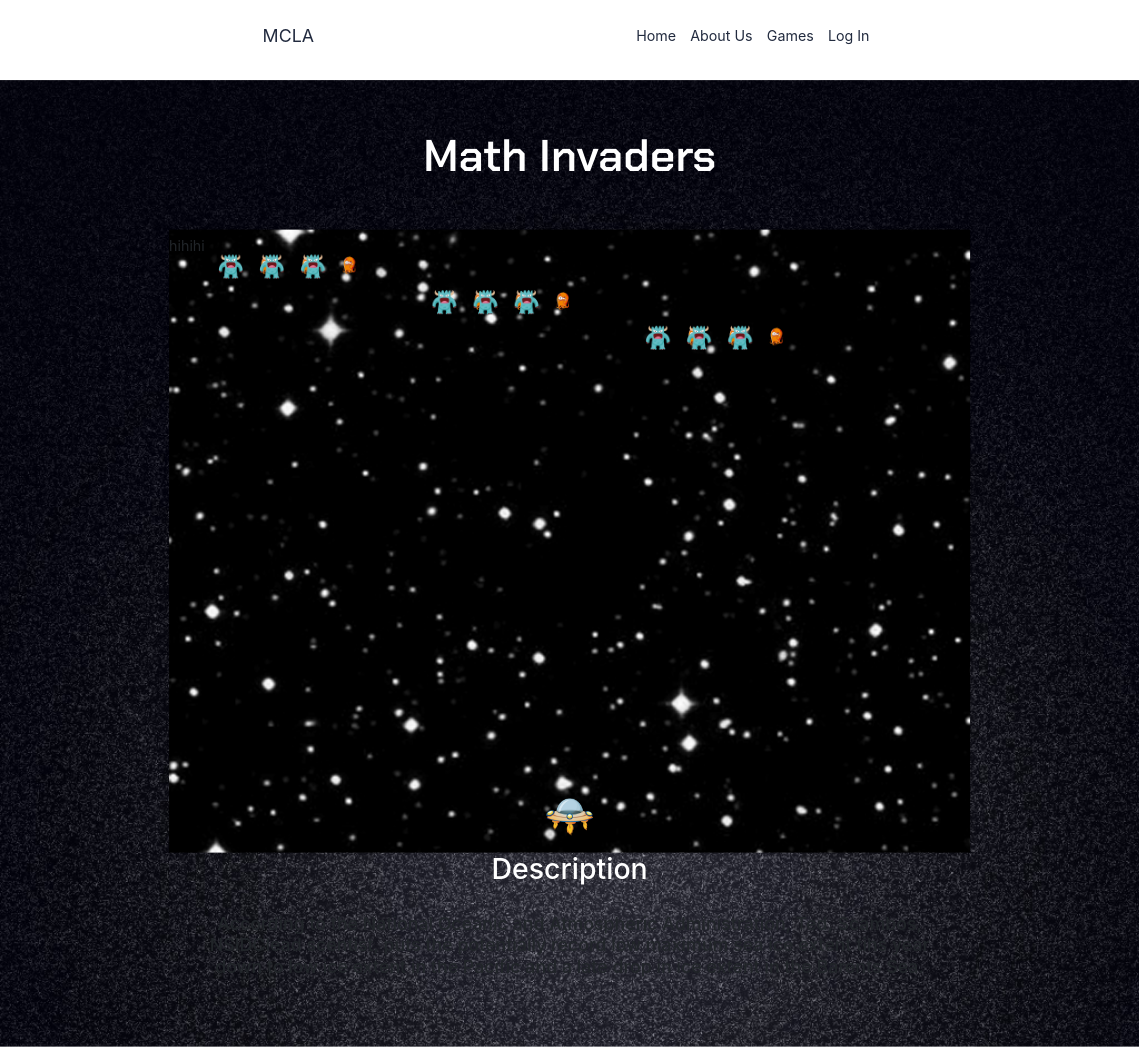
Repository: kkyler24/MathInvader
Page: index.html
These files come from the project's save history. The page is drawn as it stood at one moment and after the next save; the edit follows.
The browser window is 1280 px wide. The pictures show the whole page, at 89% of full size.
Some web libraries are served in a nearby version.

Above is the page before, as saved 2020-07-20 15:34:40.

### index.html
<!DOCTYPE html>
<html lang="en">
  <head>
    <!-- Required meta tags -->
    <meta charset="utf-8" />
    <meta
      name="viewport"
      content="width=device-width, initial-scale=1, shrink-to-fit=no"
    />

    <!-- Bootstrap CSS -->
    <link
      rel="stylesheet"
      href="https://maxcdn.bootstrapcdn.com/bootstrap/4.0.0/css/bootstrap.min.css"
      integrity="sha384-Gn5384xqQ1aoWXA+058RXPxPg6fy4IWvTNh0E263XmFcJlSAwiGgFAW/dAiS6JXm"
      crossorigin="anonymous"
    />

    <link
      href="https://fonts.googleapis.com/css2?family=Chakra+Petch:wght@600&display=swap"
      rel="stylesheet"
    />
    <link href="./jsFolder/index.css" rel="stylesheet" />

    <title>Math Invaders</title>
  </head>
  <!-- Navbar -->
  <body class="burger-menu">
    <div id="mainBody">
      <nav
        id="marginb"
        class="navbar navbar-expand-lg fixed-top navbar-transparent"
      >
        <div class="container">
          <a class="navbar-brand" href="#">MCLA</a>
          <div class="separator separator-primary"></div>
          <button
            class="navbar-toggler"
            type="button"
            data-toggle="collapse"
            data-target="#navbarNav"
            aria-controls="navbarNav"
            aria-expanded="false"
            aria-label="Toggle navigation"
          >
            <span class="navbar-toggler-icon"></span>
          </button>
          <div class="collapse navbar-collapse" id="navbarNav">
            <ul class="navbar-nav">
              <li class="nav-item active">
                <a class="nav-link" href="#"
                  >Home <span class="sr-only">(current)</span></a
                >
              </li>
              <li class="nav-item">
                <a class="nav-link" href="#">About Us</a>
              </li>
              <li class="nav-item">
                <a class="nav-link" href="#">Games</a>
              </li>
              <li class="nav-item">
                <a class="nav-link" href="#">Log In</a>
              </li>
            </ul>
          </div>
        </div>
      </nav>
      <div id="wrapper">


      </div>
      <div id="backgroundSection" class="section section-about-us">
        <div class="content-center">
            <div class="containerM">
              <h1 id="titleG" class="title">Math Invaders</h1>
            </div>
          </div>
        <div class="containerM">
          <div class="section-story-overview">

            <div class="separator separator-primary"></div>
            <div class="game-wrapper">
<div id="Game" class="Game"> hihihi</div>
<div class="congratulations">
    <h1>Congratulations!</h1>
    <h2>You won the game</h2>
    <button class="btn" onclick="window.location.reload()">Restart</button>
              </div>
              <div class="game-over">
                <h1>GAME OVER</h1>
                <h2>You lost the game</h2>
                <button class="btn" onclick="window.location.reload()">Restart</button>
          </div>
                    </div>
                    <div class="separator separator-primary"></div>
                    <div class="row">
                        <div class="col-md-8 ml-auto mr-auto text-center">
                            <h2 class="title gameT">Description</h2>
                            <h5 class="description">According to the National Oceanic and Atmospheric Administration, Ted, Scambos, NSIDClead scentist, puts the potentially record low maximum sea ice extent tihs year down to low ice extent in the Pacific and a late drop in ice extent in the Barents Sea.</h5>
                        </div>
                    </div>
                </div>
            </div>
        </div>
    </div>
    </div>
</div>
    <!-- Optional JavaScript -->
    <!-- jQuery first, then Popper.js, then Bootstrap JS -->
    <script
      src="https://code.jquery.com/jquery-3.2.1.slim.min.js"
      integrity="sha384-KJ3o2DKtIkvYIK3UENzmM7KCkRr/rE9/Qpg6aAZGJwFDMVNA/GpGFF93hXpG5KkN"
      crossorigin="anonymous"
    ></script>
    <script
      src="https://cdnjs.cloudflare.com/ajax/libs/popper.js/1.12.9/umd/popper.min.js"
      integrity="sha384-ApNbgh9B+Y1QKtv3Rn7W3mgPxhU9K/ScQsAP7hUibX39j7fakFPskvXusvfa0b4Q"
      crossorigin="anonymous"
    ></script>
    <script
      src="https://maxcdn.bootstrapcdn.com/bootstrap/4.0.0/js/bootstrap.min.js"
      integrity="sha384-JZR6Spejh4U02d8jOt6vLEHfe/JQGiRRSQQxSfFWpi1MquVdAyjUar5+76PVCmYl"
      crossorigin="anonymous"
    ></script>


    <script src="./jsFolder/Aliens.js"></script>
    <script src="./jsFolder/tokens.js"></script>
    <script src="./jsFolder/game.js"></script>
  </body>
</html>

### jsFolder/index.css
html,
body {
  height: 100%;
  margin: 0;
  font-size: 16px;
  columns: #222b3f;
}
/*  navbar*/

.navbar.navbar-transparent {
  background-color: transparent !important;
  box-shadow: none;
  color: #fff;
  padding-top: 20px !important;
}

.fixed-top {
  position: fixed;
  top: 0;
  right: 0;
  left: 0;
  z-index: 1030;
}
#navbarNav {
  justify-content: flex-end;
}

#marginb {
  margin-bottom: 20px !important;
}
.navbar {
  position: relative;
  display: flex;
  flex-wrap: wrap;
  align-items: center;
  justify-content: space-between;
  padding: 0.5rem 1rem;
  padding-top: 0.625rem;
  padding-bottom: 0.625rem;
  min-height: 53px;
}

a {
  color: #222b3f;
  text-decoration: none;
  background-color: transparent;
}

.containerM {
  width: 100%;
  padding-right: 15px;
  padding-left: 15px;
  margin-right: auto;
  margin-left: auto;
}

.button-dropdown {
  padding-right: 0.7rem;
  cursor: pointer;
}

.navbar.navbar-transparent {
  background-color: transparent !important;
  color: #fff;
}

.dropdown {
  position: relative;
}

.navbar > .container {
  display: flex;
  flex-wrap: wrap;
  align-items: center;
  justify-content: space-between;
}

.gameT {
  color: #fff;
}
#titleG {
  font-family: "Chakra Petch", sans-serif;
  font-size: 50px;
  font-weight: 700;
  padding-top: 30px;
}
/*  container */

.page-header.page-header-small {
  min-height: 60vh;
  max-height: 440px;
}

.page-header {
  padding: 0;
  color: #fff;
  position: relative;
  overflow: hidden;
}

.page-header .page-header-image {
  position: absolute;
  background-size: cover;
  background-position: 50%;
  width: 100%;
  height: 100%;
  z-index: -1;
}

.navbar-toggler:not(:disabled):not(.disabled) {
  cursor: pointer;
}

.content-center {
  position: relative;
  top: 50%;
  left: 50%;
  z-index: 2;
  transform: translate(-50%, -50%);
  text-align: center;
  color: #fff;
  padding: 0 15px;
  width: 100%;
  max-width: 880px;
}

.text-center {
  text-align: center !important;
}

.page-header .container {
  height: 100%;
  z-index: 1;
  text-align: center;
  position: relative;
}

.section {
  padding: 70px 0;
  position: relative;
  background: #fff;
}

.row {
  display: flex;
  flex-wrap: wrap;
  margin-right: -15px;
  margin-left: -15px;
}

.ml-auto,
.mx-auto {
  margin-left: auto !important;
}
.mr-auto,
.mx-auto {
  margin-right: auto !important;
}

.col-md-8 {
  position: relative;
  width: 100%;
  padding-right: 15px;
  padding-left: 15px;
}
h2 {
  margin-bottom: 30px;
  line-height: 1.2;
}

#backgroundSection {
  background-image: url("./pictures/MathApics/spaceship/blackmatte.jpg");
  background-repeat: no-repeat;
  background-size: cover;
  width: 100%;
  height: auto;
}

/* Game */

#Game {
  width: 900px;
  height: 700px;
  background: url("/jsFolder/pictures/MathApics/spaceship/blackskybackground.jpg");
  animation: scroll-background 5s linear infinite;
  box-shadow: 0 2px 10px rgba(0, 0, 0, 0.2);
  position: relative;
}

.wrap {
  display: flex;
  flex-direction: column;
  height: 100%;
}

.game-wrapper {
  flex: 1;
  display: flex;
  justify-content: center;
  align-items: center;
  /* background: #2; */
}

.game .enemy {
  position: absolute;
  margin-left: -20px;
  margin-top: -18px;
  width: 40px;
  height: 40px;
}

.game .token {
  position: absolute;
  margin-left: -20px;
  margin-top: -18px;
  width: 40px;
}

.player {
  position: absolute;
  margin-left: -20px;
  width: 60px;
  height: 60px;
  z-index: 3;
}

.game {
  position: absolute;
  margin-left: -20px;
  width: 40px;
  height: 40px;
}

.game .laser {
  position: absolute;
  margin-left: -2.5px;
  height: 30px;
}

.game .enemy-laser {
  position: absolute;
  margin-left: -2.5px;
  height: 30px;
}

.congratulations {
  display: none;
  position: absolute;
  background: #c7a526;
  color: white;
  padding: 20px 50px;
  box-shadow: 0 2px 10px rgba(0, 0, 0, 0.2);
  border-radius: 10px;
  text-align: center;
  animation: pop-in 1s;
}

.game-over {
  display: none;
  position: absolute;
  background: #6b1818;
  color: white;
  padding: 20px 50px;
  box-shadow: 0 2px 10px rgba(0, 0, 0, 0.2);
  border-radius: 10px;
  text-align: center;
  animation: pop-in 1s;
}

@keyframes scroll-background {
  from {
    background-position-y: 0px;
  }
  to {
    background-position-y: 300px;
  }
}

@keyframes pop-in {
  0% {
    opacity: 0;
    transform: translate(0, -100px);
  }
  10% {
    opacity: 1;
  }
  50% {
    transform: translate(0, 30px);
  }
  100% {
    transform: translate(0, 0);
  }
}

/* media Queries */

@media (min-width: 768px) {
  .col-md-8 {
    flex: 0 0 66.666667%;
    max-width: 66.666667%;
  }
}
@media (min-width: 768px) {
  .container {
    max-width: 720px;
  }
}

@media (min-width: 992px) {
  .navbar-expand-lg .navbar-toggler {
    display: none;
  }
}

@media (max-width: 991.98px) {
  .navbar-expand-lg > .container {
    padding-right: 0;
    padding-left: 0;
  }
}

@media (min-width: 768px) {
  .container {
    max-width: 720px;
  }
}

@media screen and (max-width: 991px) {
  .button-dropdown {
    display: none;
  }
}

@media (min-width: 992px) {
  .navbar-expand-lg .navbar-toggler {
    display: none;
  }
}

@media screen and (max-width: 991px) {
  .sidebar-collapse .wrapper {
    transition: all 0.5s cubic-bezier(0.685, 0.0473, 0.346, 1);
  }
}

### jsFolder/game.js
const GAME_WIDTH = 800;
const GAME_HEIGHT = 700;

const KEY_CODE_LEFT = 37;
const KEY_CODE_RIGHT = 39;
const KEY_CODE_SPACE = 32;
const POINT_VALUE = 0;
// needed to calculate clamp so player an enemies so no move off screen.
const PLAYER_WIDTH = 5;
// ship movement speed
const PLAYER_MAX_SPEED = 500.0;
const LASER_MAX_SPEED = 300.0;
const LASER_COOLDOWN = 0.5;

const TOKENS_PER_ROW = 10;
const ENEMIES_PER_ROW = 3;
const ENEMY_HORIZONTAL_PADDING = 10;
const ENEMY_VERTICAL_PADDING = 20;
const ENEMY_VERTICAL_SPACING = 40;
const ENEMY_COOLDOWN = 5.0;
// contains entire state of game which included position of player, lasers and enemies on screen.
const tokensArray = [
  {
    url: "/jsFolder/pictures/MathApics/invaders_png/one.png",
    point: 1,
  },
  {
    url: "/jsFolder/pictures/MathApics/invaders_png/two.png",
    point: 2,
  },
  {
    url: "/jsFolder/pictures/MathApics/invaders_png/three.png",
    point: 3,
  },
  {
    url: "/jsFolder/pictures/MathApics/invaders_png/four.png",
    point: 4,
  },
  {
    url: "/jsFolder/pictures/MathApics/invaders_png/five.png",
    point: 5,
  },
  {
    url: "/jsFolder/pictures/MathApics/invaders_png/six.png",
    point: 6,
  },
  {
    url: "/jsFolder/pictures/MathApics/invaders_png/seven.png",
    point: 7,
  },
  {
    url: "/jsFolder/pictures/MathApics/invaders_png/eight.png",
    point: 8,
  },
  {
    url: "/jsFolder/pictures/MathApics/invaders_png/nine.png",
    point: 9,
  },
];

const GAME_STATE = {
  lastTime: Date.now(),
  // setting the keys pressed to false
  leftPressed: false,
  rightPressed: false,
  spacePressed: false,
  // players
  playerX: 0,
  playerY: 0,
  playerCooldown: 0,
  lasers: [],
  enemies: [],
  tokens: [],
  pointvalue: [],
  enemyLasers: [],
  gameOver: false,
};

function rectsIntersect(r1, r2) {
  return !(
    r2.left > r1.right ||
    r2.right < r1.left ||
    r2.top > r1.bottom ||
    r2.bottom < r1.top
  );
}

// positioning for our enemies
function setPosition($el, x, y) {
  $el.style.transform = `translate(${x}px, ${y}px)`;
}

// calculates restraints of objects on Canvas, so they do not move beyond canvas
function clamp(v, min, max) {
  // is input value smaller than minumum, yes? return min
  if (v < min) {
    return min;
    // is input value larger than maximum, yes? return max
  } else if (v > max) {
    return max;
    // else give average
  } else {
    return v;
  }
}

function rand(min, max) {
  if (min === undefined) min = 0;
  if (max === undefined) max = 1;
  return min + Math.random() * (max - min);
}

function createPlayer($container) {
  // position of player in middle of screen you can reference the global var of gamewidth like you did below, for future refrence. this will keep the palyer on the game board.
  GAME_STATE.playerX = GAME_WIDTH / 2;
  GAME_STATE.playerY = GAME_HEIGHT - 70;
  const $player = document.createElement("img");
  $player.src = "/jsFolder/pictures/MathApics/spaceship/spaceship3.png";
  $player.style = "height:90px, width: 90px";
  $player.className = "player";
  $container.appendChild($player);
  setPosition($player, GAME_STATE.playerX, GAME_STATE.playerY);
}

// you lose, when player is hit but laser.
function destroyPlayer($container, player) {
  $container.removeChild(player);
  GAME_STATE.gameOver = true;
  // const audio = new Audio("sound/sfx-lose.ogg");
  audio.play();
}

function updatePlayer(dt, $container) {
  if (GAME_STATE.leftPressed) {
    GAME_STATE.playerX -= dt * PLAYER_MAX_SPEED;
  }
  if (GAME_STATE.rightPressed) {
    GAME_STATE.playerX += dt * PLAYER_MAX_SPEED;
  }

  GAME_STATE.playerX = clamp(
    GAME_STATE.playerX,
    PLAYER_WIDTH,
    GAME_WIDTH - PLAYER_WIDTH
  );

  if (GAME_STATE.spacePressed && GAME_STATE.playerCooldown <= 0) {
    createLaser($container, GAME_STATE.playerX, GAME_STATE.playerY);
    GAME_STATE.playerCooldown = LASER_COOLDOWN;
  }
  if (GAME_STATE.playerCooldown > 0) {
    GAME_STATE.playerCooldown -= dt;
  }

  const player = document.querySelector(".player");
  setPosition(player, GAME_STATE.playerX, GAME_STATE.playerY);
}

// laser container
function createLaser($container, x, y) {
  const $element = document.createElement("img");
  $element.src = "/jsFolder/pictures/img/laser-blue-1.png";
  $element.className = "laser";
  $container.appendChild($element);
  const laser = { x, y, $element };
  GAME_STATE.lasers.push(laser);
  // const audio = new Audio("./pictures/sound/sfx-laser1.ogg");
  // audio.play();
  setPosition($element, x, y);
}

function updateLasers(dt, $container) {
  const lasers = GAME_STATE.lasers;
  for (let i = 0; i < lasers.length; i++) {
    const laser = lasers[i];
    laser.y -= dt * LASER_MAX_SPEED;
    if (laser.y < 0) {
      destroyLaser($container, laser);
    }
    setPosition(laser.$element, laser.x, laser.y);
    const r1 = laser.$element.getBoundingClientRect();
    const enemies = GAME_STATE.enemies;
    for (let j = 0; j < enemies.length; j++) {
      const enemy = enemies[j];
      if (enemy.isDead) continue;
      const r2 = enemy.$element.getBoundingClientRect();
      if (rectsIntersect(r1, r2)) {
        // Enemy was hit
        destroyEnemy($container, enemy);
        destroyLaser($container, laser);
        break;
      }
    }
  }
  GAME_STATE.lasers = GAME_STATE.lasers.filter((e) => !e.isDead);
}

function destroyLaser($container, laser) {
  $container.removeChild(laser.$element);
  laser.isDead = true;
}

// // CREATE ENEMY
function createEnemy($container, x, y) {
  const $element1 = document.createElement("img");
  const $element2 = document.createElement("img");
  $element1.src =
    "/jsFolder/pictures/MathApics/invaders_png/angerangryalien1.png";
  $element2.src = "/jsFolder/pictures/MathApics/invaders_png/orange.png";
  $element1.className = "enemy";
  $element2.className = "enemy";
  $container.appendChild($element1);
  $container.appendChild($element2);
  const enemy = {
    x,
    y,
    cooldown: rand(0.5, ENEMY_COOLDOWN),
    $element1,
    $element2,
  };
  GAME_STATE.enemies.push(enemy);
  setPosition($element1, x, y);
  setPosition($element2, x, y);
}

function updateEnemies(dt, $container) {
  const dx = Math.sin(GAME_STATE.lastTime / 1000.0) * 50;
  const dy = Math.cos(GAME_STATE.lastTime / 1000.0) * 10;

  const enemies = GAME_STATE.enemies;
  for (let i = 0; i < enemies.length; i++) {
    const enemy = enemies[i];
    const x = enemy.x + dx;
    const y = enemy.y + dy;
    setPosition(enemy.$element, x, y);
    enemy.cooldown -= dt;
    if (enemy.cooldown <= 0) {
      createEnemyLaser($container, x, y);
      enemy.cooldown = ENEMY_COOLDOWN;
    }
  }
  GAME_STATE.enemies = GAME_STATE.enemies.filter((e) => !e.isDead);
}

// tokens
// function createTokens($container, x, y) {
//   const $element = document.createElement("img");
//   const index = Math.random() * tokensArray.lenghth;
//   $element.src = tokensArray[index].url;
//   $element.className = "token";
//   $element.setAttribute("data-point", tokensArray[index].point);
//   $container.appendChild($element);
//   const tokens = { x, y, $element };
//   GAME_STATE.tokens.push(tokens);
//   // const audio = new Audio("./pictures/sound/sfx-laser1.ogg");
//   // audio.play();
//   setPosition($element, x, y);
// }

// function updateTokens(dt, $container) {
//   const tokens = GAME_STATE.tokens;
//   for (let i = 0; i < tokensArray.length; i++) {
//     const tokens = tokens[i];
//     tokens.y -= dt * LASER_MAX_SPEED;
//     if (tokens.y < 0) {
//       destroyLaser($container, tokens);
//     }
//     setPosition(tokens.$element, tokens.x, tokens.y);
//     const r1 = tokens.$element.getBoundingClientRect();
//     const enemies = GAME_STATE.enemies;
//     for (let j = 0; j < enemies.length; j++) {
//       const enemy = enemies[j];
//       if (enemy.isDead) continue;
//       const r2 = enemy.$element.getBoundingClientRect();
//       if (rectsIntersect(r1, r2)) {
//         // Enemy was hit
//         destroyToken($container, tokens);
//         // get attribute point form container nd push into array.
//       }
//     }
//   }
//   GAME_STATE.tokens = GAME_STATE.tokens.filter((e) => !e.isDead);
// }

function init() {
  const $container = document.querySelector(".Game");
  createPlayer($container);

  const enemySpacing =
    (GAME_WIDTH - ENEMY_HORIZONTAL_PADDING * 90) / ENEMIES_PER_ROW - 0.5;
  for (let j = 0; j < 3; j++) {
    const y = ENEMY_VERTICAL_PADDING + j * ENEMY_VERTICAL_SPACING;
    for (let i = 0; i < ENEMIES_PER_ROW; i++) {
      const x = i * enemySpacing + ENEMY_HORIZONTAL_PADDING;
      createEnemy($container, x, y);
    }
  }
}

function update(e) {
  const currentTime = Date.now();
  const dt = (currentTime - GAME_STATE.lastTime) / 1000.0;

  // display gameover block
  if (GAME_STATE.gameOver) {
    document.querySelector(".game-over").style.display = "block";
    return;
  }

  // display winning
  function playerHasWon() {
    return GAME_STATE.enemies.length === 0;
  }

  const $container = document.querySelector(".Game");
  updatePlayer(dt, $container);
  updateLasers(dt, $container);

  GAME_STATE.lastTime = currentTime;
  window.requestAnimationFrame(update);
}

function onKeyDown(e) {
  if (e.keyCode === KEY_CODE_LEFT) {
    GAME_STATE.leftPressed = true;
  } else if (e.keyCode === KEY_CODE_RIGHT) {
    GAME_STATE.rightPressed = true;
  } else if (e.keyCode === KEY_CODE_SPACE) {
    GAME_STATE.spacePressed = true;
  }
}

function onKeyUp(e) {
  if (e.keyCode === KEY_CODE_LEFT) {
    GAME_STATE.leftPressed = false;
  } else if (e.keyCode === KEY_CODE_RIGHT) {
    GAME_STATE.rightPressed = false;
  } else if (e.keyCode === KEY_CODE_SPACE) {
    GAME_STATE.spacePressed = false;
  }
}

init();
window.addEventListener("keydown", onKeyDown);
window.addEventListener("keyup", onKeyUp);
window.requestAnimationFrame(update);

Loaded but not shown: jsFolder/Aliens.js (empty); jsFolder/tokens.js (empty)

After the next save:
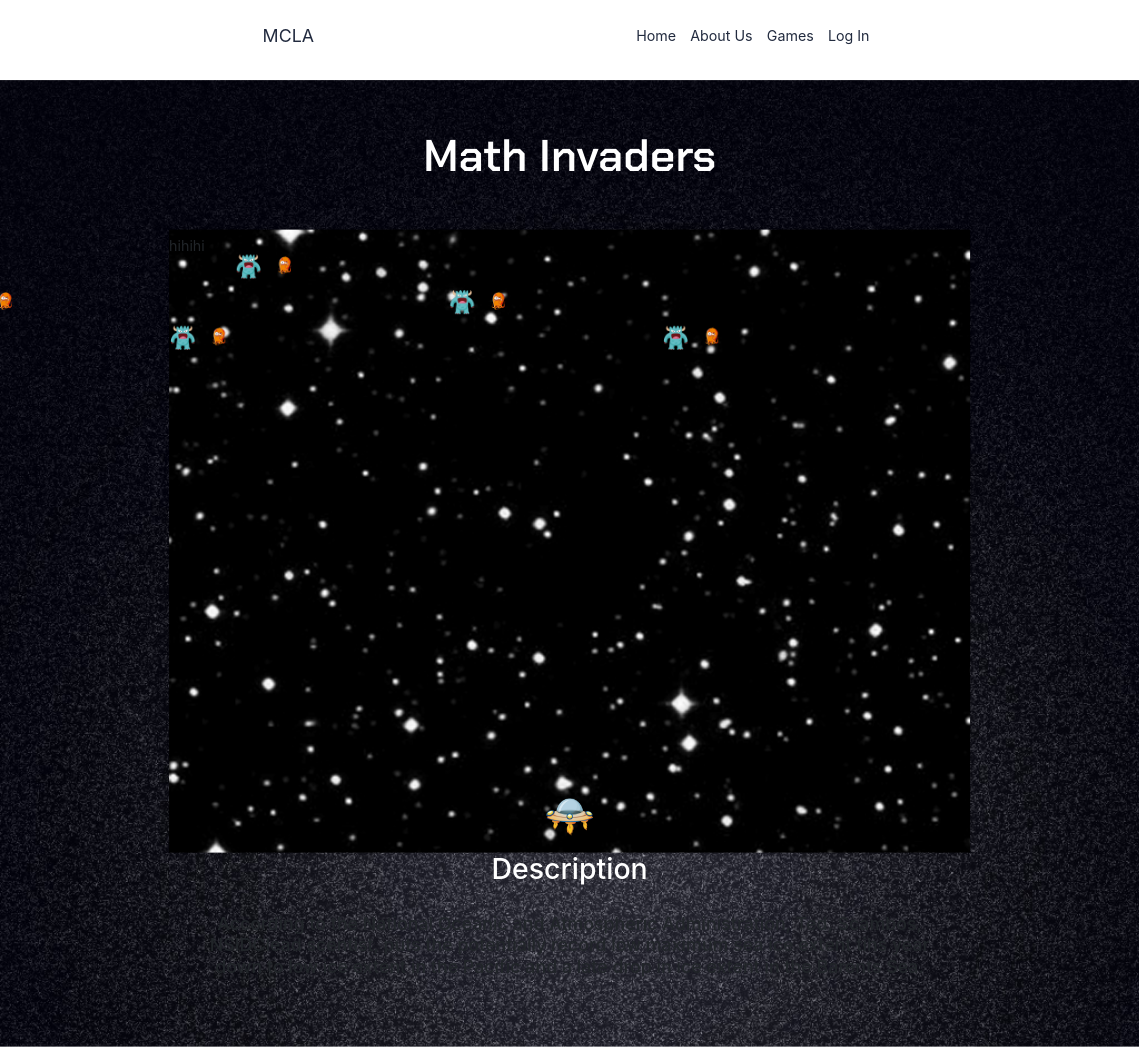
Saved 10 s later.
--- a/jsFolder/game.js
+++ b/jsFolder/game.js
@@ -14,7 +14,7 @@ const LASER_COOLDOWN = 0.5;
 
 const TOKENS_PER_ROW = 10;
 const ENEMIES_PER_ROW = 3;
-const ENEMY_HORIZONTAL_PADDING = 10;
+const ENEMY_HORIZONTAL_PADDING = 30;
 const ENEMY_VERTICAL_PADDING = 20;
 const ENEMY_VERTICAL_SPACING = 40;
 const ENEMY_COOLDOWN = 5.0;
